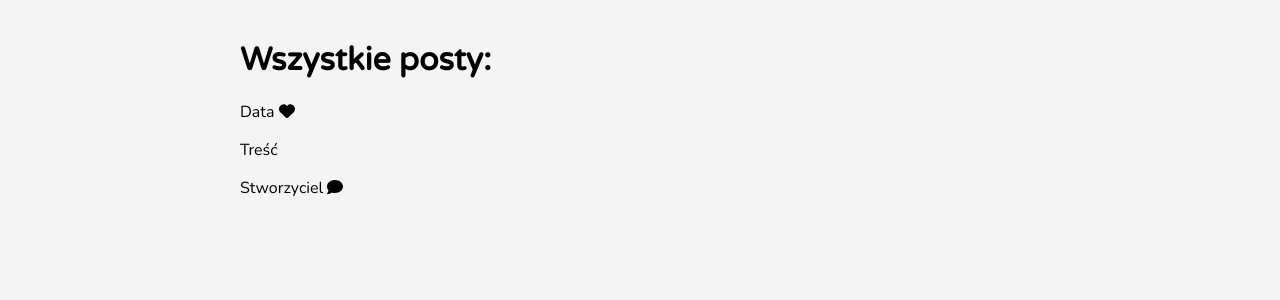
Repository: noisevisionproductions/PlayMeetWebsite
Page: src/main/resources/templates/posts.html
An editor plug-in stored every save of this project. The page is shown before and after the next save, followed by the edit.
The browser window is 1280 px wide. The pictures show the whole page.
The page's requests for data from a server got no answer. Some web libraries are served in a nearby version.

Above is the page before, as saved 2024-03-24 19:21:31.

### src/main/resources/templates/posts.html
<!DOCTYPE html>
<html lang="en">

<head>
    <meta charset="UTF-8">
    <meta name="viewport" content="width=device-width, initial-scale=1.0">
    <title>Posty</title>
    <link rel="icon" type="image/x-icon" href="assets/favicon.ico" />
    <!-- Font Awesome icons (free version)-->
    <script src="https://use.fontawesome.com/releases/v6.3.0/js/all.js" crossorigin="anonymous"></script>
    <!-- Google fonts-->
    <link href="https://fonts.googleapis.com/css?family=Varela+Round" rel="stylesheet" />
    <link
        href="https://fonts.googleapis.com/css?family=Nunito:200,200i,300,300i,400,400i,600,600i,700,700i,800,800i,900,900i"
        rel="stylesheet" />
    <!-- Core theme CSS (includes Bootstrap)-->
    <link href="css/posts.css" rel="stylesheet" />

</head>


<body>
    <!-- Contener for posts displaying -->
    <div class="container">
        <h1 class="posts-header"> Wszystkie posty:</h1>
        <div id="posts-container">
            <h2 class="post-sport"></h2>
            <span class="post-date">Data</span>

            <span class="post-singup"><i class="fas fa-heart"></i></span>
        </div>
        <div class="post-content">
            <p>Treść</p>
        </div>
        <div class="post-footer">
            <span class="post-creator">Stworzyciel</span>
            <span class="post-chat">
                <i class="fas fa-comment">Chat </i>
            </span>
        </div>
    </div>
    <script src="/src/main/resources/static/js/posts.js"></script>
</body>

</html>

### src/main/resources/static/css/posts.css
body {
    font-family: "Nunito", sans-serif;
    margin: 0;
    padding: 0;
    background-color: #f4f4f4;
}

.container {
    max-width: 800px;
    margin: auto;
    padding: 20px;
}

.post {
    background: #fff;
    padding: 20px;
    margin-bottom: 20px;
    border-radius: 5px;
    box-shadow: 0 2px 4px rgba(0, 0, 0, 0.1);
}

.post h2 {
    margin-top: 0;
}

h1,
h2,
h3,
h4,
h5,
h6 {
    font-family: "Varela Round", sans-serif;
}

### src/main/resources/static/js/posts.js
/*!
* Script for displaying posts that users created. Posts will be downloaded from database.
*/
document.addEventListener('DOMContentLoaded', function () {
    fetch('/api/posts', {
        headers: {
            'Accept': 'application/json'
        }
    })
        .then(response => response.json())
        .then(posts => {
            const postsContainer = document.getElementById('posts-container');
            posts.forEach(element => {
                const postElement = document.createElement('div');
                postElement.className = 'post';
                postElement.innerHTML =
                    `<h2>${element.sportType}
                    </h2><p>${element.cityName}</p>
                    </h2 > <p>${element.userId}</p>`
                    ;
                postsContainer.appendChild(postElement);
            });
        })
        .catch(error => console.error('Error', error));
})

After the next save:
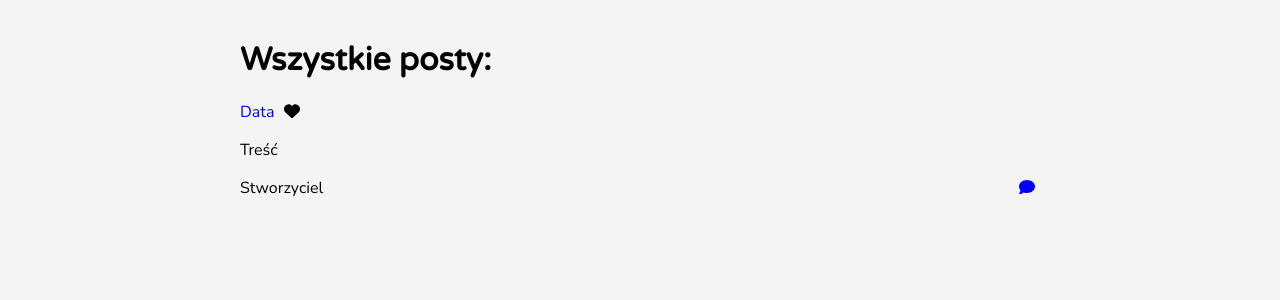
Saved 3 min 9 s later.
--- a/src/main/resources/templates/posts.html
+++ b/src/main/resources/templates/posts.html
@@ -39,7 +39,7 @@
             </span>
         </div>
     </div>
-    <script src="/src/main/resources/static/js/posts.js"></script>
+    <script src="js/posts.js"></script>
 </body>
 
 </html>
--- a/src/main/resources/static/css/posts.css
+++ b/src/main/resources/static/css/posts.css
@@ -13,10 +13,31 @@ body {
 
 .post {
     background: #fff;
+    background-color: #fff;
     padding: 20px;
     margin-bottom: 20px;
+    border: 1px solid #ddd;
     border-radius: 5px;
+    margin: 10px;
     box-shadow: 0 2px 4px rgba(0, 0, 0, 0.1);
+}
+
+.post-header,
+.post-footer {
+    display: flex;
+    justify-content: space-between;
+    align-items: center;
+}
+
+.post-sport,
+.post-date,
+.post-chat {
+    margin-right: 5px;
+    color: blue;
+}
+
+.post-title {
+    margin: 0;
 }
 
 .post h2 {
